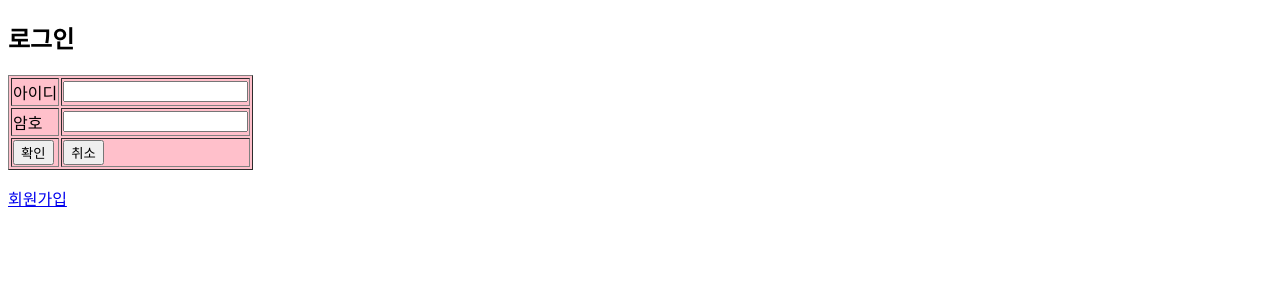
Repository: SongHyeSun/JSP
Page: http://localhost/och12/loginForm.jsp
The author's editor kept a copy of each file at every save. The page is drawn from the files as they stood at one save, then again after the next save.
The browser window is 1280 px wide. The pictures show the whole page.
The page is served by Tomcat 9.

Above is the page before, as saved 2024-07-23 10:02:44.

After the next save:
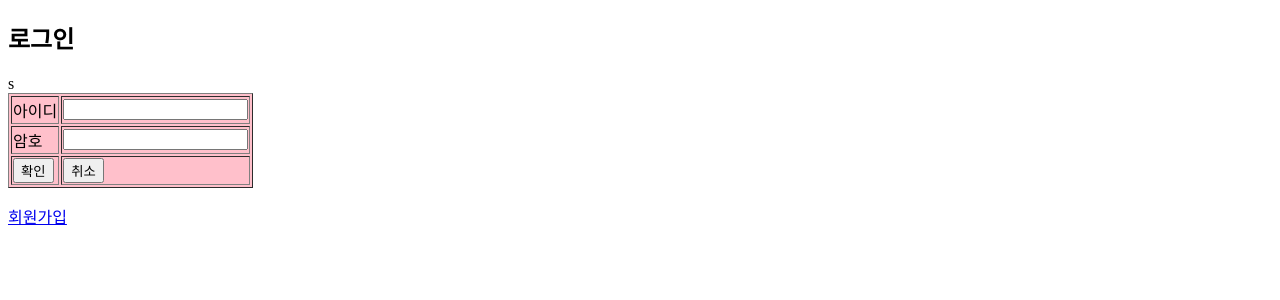
Saved 57 s later.
--- a/jspSrc17/och12/src/main/webapp/loginForm.jsp
+++ b/jspSrc17/och12/src/main/webapp/loginForm.jsp
@@ -17,7 +17,7 @@
 <body>
 	<h2>로그인</h2>
 	<form action="loginPro.jsp" method="post">
-		<table border="1">
+		<table border="1">s
 			<tr>
 				<td>아이디</td>
 				<td><input type="text" name="id" required="required"></td>
